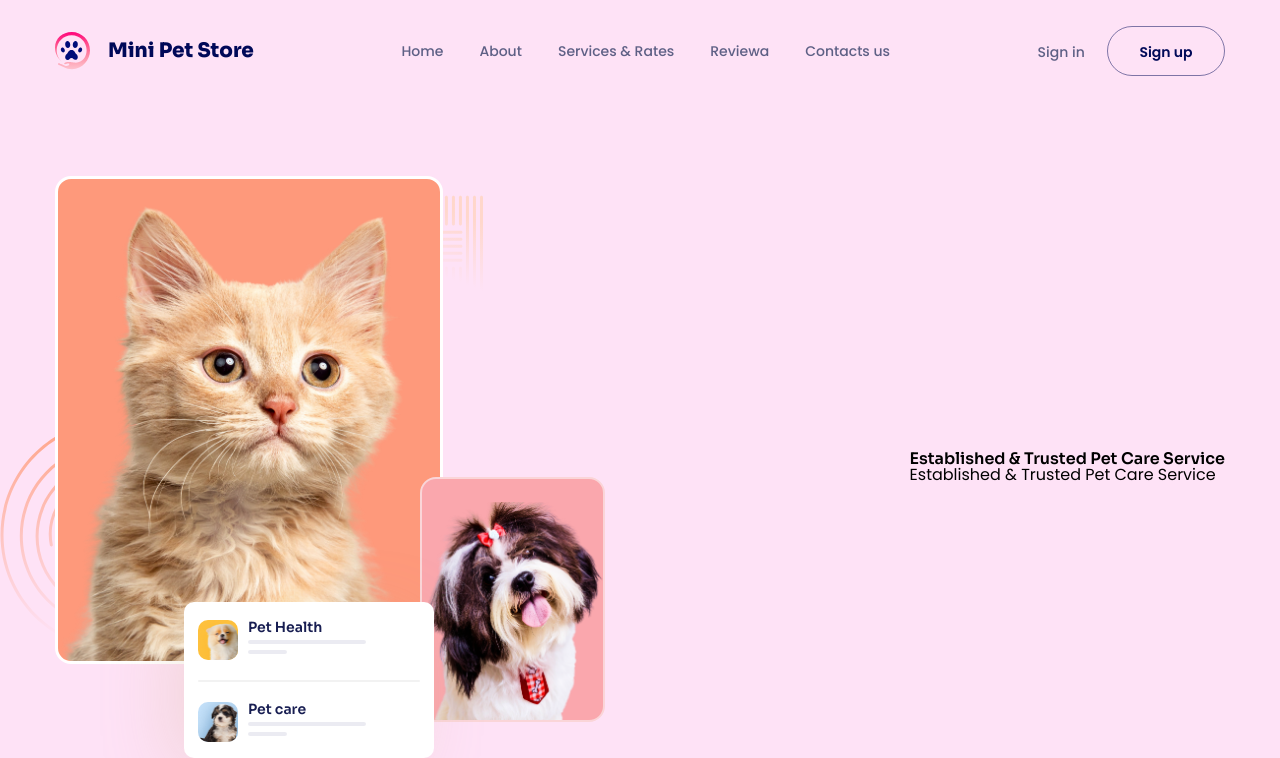
Repository: Tran-Dat/ASM-HTML5-F8-04
Page: index.html
An editor plug-in stored every save of this project. The page is shown before and after the next save, followed by the edit.
The browser window is 1280 px wide. The pictures show the whole page.

Above is the page before, as saved 2023-06-12 16:41:40.

After the next save:
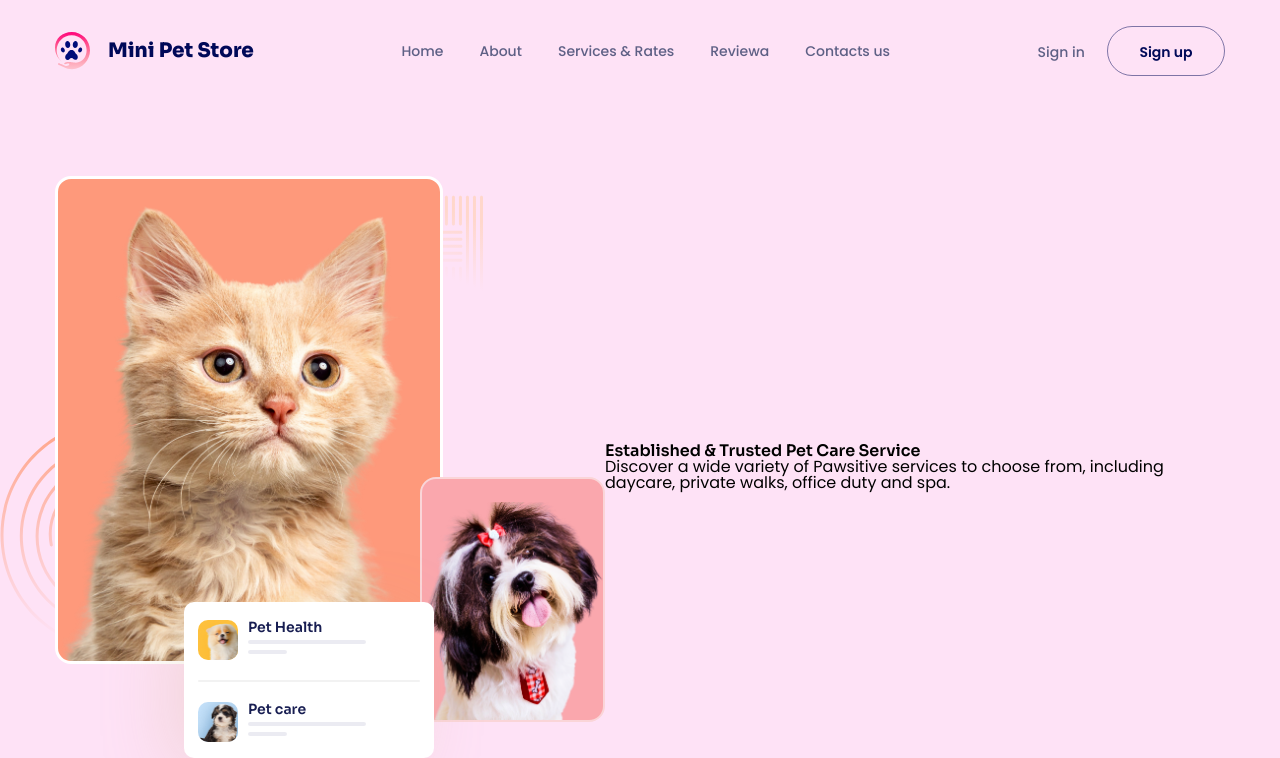
Saved 6 s later.
--- a/index.html
+++ b/index.html
@@ -229,7 +229,9 @@
                             Established & Trusted Pet Care Service
                         </h1>
                         <p class="hero__desc">
-                            Established & Trusted Pet Care Service
+                            Discover a wide variety of Pawsitive services to
+                            choose from, including daycare, private walks,
+                            office duty and spa.
                         </p>
                     </section>
                 </div>
